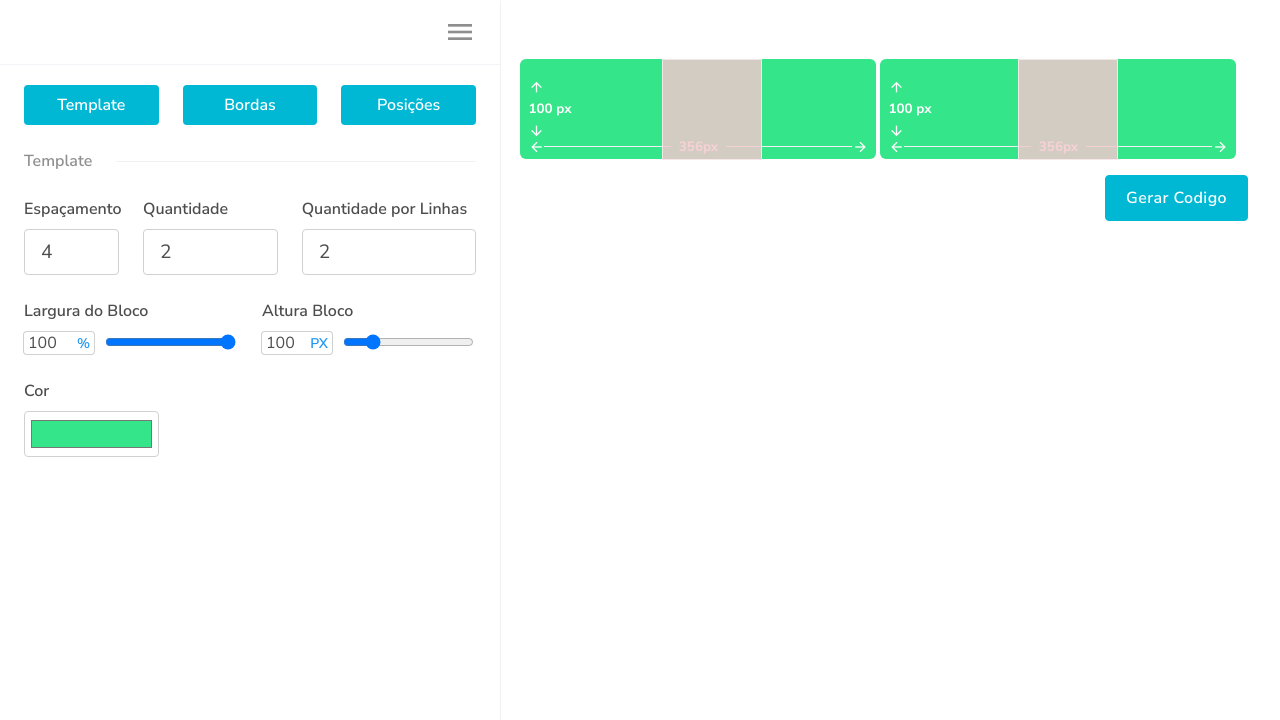
Repository: Flintdl/lowcode-elements
Page: /
These files come from the project's save history. The page is drawn as it stood at one moment and after the next save; the edit follows.
The browser window is 1280 px wide. The pictures show the whole page.
The project was rebuilt for these pictures with package versions that can differ from the ones it lists, and the page was loaded fresh each time. Also part of the build but not shown: vue.config.js.

Above is the page before, as saved 2022-04-06 15:35:17.

### src/assets/scss/_variables.scss
// Primarys Colors
$standardTextColor: #4d4d4d;

$primaryColor: #8e6dff;
$secondaryColor: #009997;
$buttonDisableColor: #9c9c9c;
$buttonDisableBgColor: #7676764d;

// Menu Colors

$bgMenuColor: #1d1d1d;
$linkMenuColor: #7b8089;
$iconMenuColor: #2a2a2a;
$borderMenuColor: #323232;

// Botão Colors

$btnPrimary: #00b8d4;
$btnPrimaryHover: #0085b0;

// Generics Colors

$whiteColor: #ffffff;
$mutedColor: #8f8f8f;
$cardColor: #f3f4f7;
$cardColorLight: #f9fafc;
$cardColorLightTwo: #f1f5fc;
$greyLight: #d1d1d1;

// Dropdown Colors

$dropdownHeaderColor: #5f5f5f;
$dropdownColor: #ebffff;

// State Colors

$successColor: #3dc661;
$dangerColor: #e7515a;
$warningColor: #e2a03f;
$infoColor: #2196f3;
$defaultColor: #172b4d;
$lightColor: #e0e0e0;

### src/views/HomeView.vue
<template>
  <div>
    <div class="sf-row">
      <div
        id="sf-preview-code-content"
        class="sf-col-12 sf-mx-auto sf-position-relative"
      >
        <div id="sf-preview-code" ref="previewGrid">
          <div class="sf-row">
            <div
              :class="[
                'sf-col-12 sf-text-center sf-display-flex sf-flex-wrap',
                'sf-justify-content-' + checkValue,
              ]"
            >
              <span
                v-bind:key="linha"
                :style="widthProps1"
                class="sf-display-block sf-position-relative"
                v-for="linha of Number(quantidadeLinha)"
              >
                <div :style="widthProps" class="sf-position-absolute"></div>
              </span>
            </div>
          </div>
          <div
            :style="gapProps"
            :class="[
              'sf-display-flex sf-flex-wrap sf-width-100',
              'sf-justify-content-' + checkValue,
            ]"
          >
            <div
              v-bind:key="n + '_'"
              v-for="n of quantidadeLinha"
              class="sf-row"
            >
              a
            </div>

            <DivGrid
              v-bind:key="n"
              v-for="n of quantidade"
              :tamanho="String(valor)"
              :altura="String(valorHeight)"
              :cssDefinido="cssProps"
              class="sf-position-relative"
            />
          </div>
        </div>
      </div>
      <div class="sf-col-12 sf-mt-3 sf-display-flex sf-justify-content-end">
        <button class="sf-btn sf-btn-primary" @click="gerarCodigo">
          Gerar Codigo
        </button>
      </div>
    </div>
    <div class="sf-row" v-if="htmlPreviewCode">
      <div class="sf-col-12 sf-mx-auto sf-mt-5 sf-code-content">
        <div class="sf-bg-code sf-p-4 sf-border-radius">
          <code>
            <span class="sf-text-info">Código do Preview</span> <br />
            {{ htmlPreviewCode }}
          </code>
        </div>
      </div>
    </div>
  </div>
</template>

<script>
// @ is an alias to /src

import DivGrid from "@/components/templates/DivGrid.vue";

export default {
  name: "HomeView",
  data: function () {
    return {
      htmlPreviewCode: null,
      gridLinhas: null,
      arroz: null,
    };
  },
  components: {
    DivGrid,
  },
  props: {
    valor: String,
    inputGap: String,
    quantidade: Number,
    valorHeight: String,
    quantidadeLinha: Number,
    inputBorderRadius: String,
    checkValue: String,
    inputColor: String,
    inputBorder: String,
    inputBorderColor: String,
    inputBorderTipo: String,
  },
  computed: {
    cssProps() {
      return {
        flex: `${this.quantidade} 1 0%`,
        "align-self": `${this.checkValue}`,
        "max-width": `calc((${this.valor}% - ${this.inputGap}px * ${
          this.quantidadeLinha - "1"
        }) / ${this.quantidadeLinha})`,
        height: this.valorHeight + "px",
        "border-radius": this.inputBorderRadius + "px",
        "background-color": this.inputColor,
        border:
          this.inputBorder +
          "px" +
          " " +
          this.inputBorderTipo +
          " " +
          this.inputBorderColor,
      };
    },
    gapProps() {
      return {
        gap: this.inputGap + "px",
      };
    },
    widthProps1() {
      return {
        width: `calc((${this.valor}% - ${this.inputGap}px * ${
          this.quantidadeLinha - "1"
        }) / ${this.quantidadeLinha})`,
      };
    },
    widthProps() {
      return {
        height: this.arroz + "px",
        width: "clamp(50px, 50%, 100px)",
        "background-color": "#f7c7cfd1",
        border: "1px solid #f9edefd1",
        transform: "translateX(-50%)",
        "z-index": "500",
        left: "50%",
        top: "1px",
      };
    },
  },
  mounted() {
    this.arroz = this.$refs.previewGrid?.offsetHeight;
  },
  // created() {
  //   this.$watch(["quantidade"], () => {
  //     this.arroz = this.$refs.previewGrid?.offsetHeight;
  //   });
  // },
  methods: {
    gerarCodigo() {
      this.htmlPreviewCode =
        document.getElementById("sf-preview-code").innerHTML;
    },
  },
};
</script>

<style>
#sf-grid-template:after {
  content: "";
  width: 100%;
  height: 150%;
  top: -25%;
  background-color: #ff008c0a;
  border: 1px solid rgba(255, 0, 140, 0.103);
  border-left: 2px solid #ff008c38;
  border-right: 2px solid #ff008c38;
  position: absolute;
}
</style>

### src/components/templates/InputGapTemplate.vue
<template>
  <div class="sf-col-3 sf-form-group">
    <label class="sf-label">Espaçamento</label>
    <input
      type="number"
      min="1"
      max="12"
      value="2"
      id="inputGap"
      v-model="valor"
      class="filter-states sf-text-capitalize"
      placeholder="Quantidade de Blocos"
    />
  </div>
</template>

<script>
export default {
  props: {
    valorInput: String,
  },
  computed: {
    valor: {
      get() {
        var inp = this.valorInput;
        return inp;
      },
      set(valorInput) {
        this.$emit("callback", valorInput);
      },
    },
  },
};
</script>

<style></style>

### src/components/templates/InputQuantidadeTemplate.vue
<template>
  <div class="sf-col-4 sf-form-group">
    <label class="sf-label">Quantidade</label>
    <input
      type="number"
      value="1"
      id="inputQuantidade"
      v-model="valor"
      class="filter-states sf-text-capitalize"
      placeholder="Quantidade de Blocos"
    />
  </div>
</template>

<script>
export default {
  props: {
    valorInput: String,
  },
  computed: {
    valor: {
      get() {
        var inp = this.valorInput;
        return inp;
      },
      set(valorInput) {
        this.$emit("callback", valorInput);
      },
    },
  },
};
</script>

<style></style>

### src/components/templates/InputQuantLinhasTemplate.vue
<template>
  <div class="sf-col-5 sf-form-group">
    <label class="sf-label">Quantidade por Linhas</label>
    <input
      type="number"
      min="1"
      max="12"
      value="1"
      id="inputQuantidadeLinha"
      v-model="valor"
      class="filter-states sf-text-capitalize"
      placeholder="Quantidade Linha"
    />
  </div>
</template>

<script>
export default {
  props: {
    valorInput: String,
  },
  computed: {
    valor: {
      get() {
        var inp = this.valorInput;
        return inp;
      },
      set(valorInput) {
        this.$emit("callback", valorInput);
      },
    },
  },
};
</script>

<style></style>

### src/components/templates/InputLarguraBloco.vue
<template>
  <div class="sf-col-6 sf-form-group">
    <label class="sf-label">Largura do Bloco</label>
    <div class="sf-input-group">
      <div
        class="sf-input-group-append sf-display-flex sf-justify-content-center"
      >
        <div
          class="sf-display-flex sf-align-items-center sf-justify-content-center sf-border-left-0 sf-border-radius sf-border-radius-left-0 sf-pr-2 sf-text-info sf-font-weight-bold sf-min-80-px"
        >
          <div class="sf-input-group">
            <input
              type="number"
              value="1"
              min="1"
              max="100"
              v-model="valor"
              class="sf-text-md sf-height-fit-content sf-pr-0 sf-pl-1 sf-border-right-0 sf-border-radius-right-0 sf-text-capitalize"
              placeholder="Curva da Borda"
            />
            <div
              class="sf-input-group-append sf-display-flex sf-justify-content-center"
            >
              <div
                class="sf-display-flex sf-align-items-center sf-border sf-justify-content-center sf-border-left-0 sf-border-radius sf-border-radius-left-0 sf-pr-1 sf-text-info sf-font-weight-bold sf-text-sm"
              >
                %
              </div>
            </div>
          </div>
        </div>
      </div>
      <input
        type="range"
        min="10"
        max="100"
        value="10"
        id="inputRange"
        v-model="valor"
        class="sf-px-0 sf-border-right-0 sf-border-radius-right-0 sf-text-capitalize"
      />
    </div>
  </div>
</template>

<script>
export default {
  props: {
    valorInput: String,
  },
  computed: {
    valor: {
      get() {
        var inp = this.valorInput;
        return inp;
      },
      set(valorInput) {
        this.$emit("callback", valorInput);
      },
    },
  },
};
</script>

<style></style>

### src/components/templates/InputAlturaBloco.vue
<template>
  <div class="sf-col-6 sf-form-group">
    <label class="sf-label">Altura Bloco</label>
    <div class="sf-input-group">
      <div
        class="sf-input-group-append sf-display-flex sf-justify-content-center"
      >
        <div
          class="sf-display-flex sf-align-items-center sf-justify-content-center sf-border-left-0 sf-border-radius sf-border-radius-left-0 sf-pr-2 sf-text-info sf-font-weight-bold sf-min-80-px"
        >
          <div class="sf-input-group">
            <input
              type="number"
              value="1"
              min="1"
              max="500"
              v-model="valor"
              class="sf-text-md sf-height-fit-content sf-pr-0 sf-pl-1 sf-border-right-0 sf-border-radius-right-0 sf-text-capitalize"
              placeholder="Curva da Borda"
            />
            <div
              class="sf-input-group-append sf-display-flex sf-justify-content-center"
            >
              <div
                class="sf-display-flex sf-align-items-center sf-border sf-justify-content-center sf-border-left-0 sf-border-radius sf-border-radius-left-0 sf-pr-1 sf-text-info sf-font-weight-bold sf-text-sm"
              >
                PX
              </div>
            </div>
          </div>
        </div>
      </div>
      <input
        type="range"
        min="10"
        max="500"
        id="valorHeight"
        v-model="valor"
        class="sf-px-0 sf-border-right-0 sf-border-radius-right-0 sf-text-capitalize"
      />
    </div>
  </div>
</template>

<script>
export default {
  props: {
    valorInput: String,
  },
  computed: {
    valor: {
      get() {
        var inp = this.valorInput;
        return inp;
      },
      set(valorInput) {
        this.$emit("callback", valorInput);
      },
    },
  },
};
</script>

<style></style>

### src/components/templates/InputBorderRadiusBloco.vue
<template>
  <div class="sf-col-6 sf-form-group">
    <label class="sf-label">Curva da Borda</label>
    <div class="sf-input-group">
      <div
        class="sf-input-group-append sf-display-flex sf-justify-content-center"
      >
        <div
          class="sf-display-flex sf-align-items-center sf-justify-content-center sf-border-left-0 sf-border-radius sf-border-radius-left-0 sf-pr-2 sf-text-info sf-font-weight-bold sf-min-80-px"
        >
          <div class="sf-input-group">
            <input
              type="number"
              value="1"
              min="1"
              max="50"
              v-model="valor"
              class="sf-text-md sf-height-fit-content sf-pr-0 sf-pl-1 sf-border-right-0 sf-border-radius-right-0 sf-text-capitalize"
              placeholder="Curva da Borda"
            />
            <div
              class="sf-input-group-append sf-display-flex sf-justify-content-center"
            >
              <div
                class="sf-display-flex sf-align-items-center sf-border sf-justify-content-center sf-border-left-0 sf-border-radius sf-border-radius-left-0 sf-pr-1 sf-text-info sf-font-weight-bold sf-text-sm"
              >
                PX
              </div>
            </div>
          </div>
        </div>
      </div>
      <input
        type="range"
        value="1"
        min="1"
        max="50"
        id="inputBorderRadius"
        v-model="valor"
        class="sf-px-0 sf-border-right-0 sf-border-radius-right-0 sf-text-capitalize"
        placeholder="Curva da Borda"
      />
    </div>
  </div>
</template>

<script>
export default {
  props: {
    valorInput: String,
  },
  computed: {
    valor: {
      get() {
        var inp = this.valorInput;
        return inp;
      },
      set(valorInput) {
        this.$emit("callback", valorInput);
      },
    },
  },
};
</script>

<style></style>

### src/components/templates/InputBorderBloco.vue
<template>
  <div class="sf-col-6 sf-form-group">
    <label class="sf-label">Tamanho da Borda</label>
    <div class="sf-input-group">
      <div
        class="sf-input-group-append sf-display-flex sf-justify-content-center"
      >
        <div
          class="sf-display-flex sf-align-items-center sf-justify-content-center sf-border-left-0 sf-border-radius sf-border-radius-left-0 sf-pr-2 sf-text-info sf-font-weight-bold sf-min-80-px"
        >
          <div class="sf-input-group">
            <input
              type="number"
              value="1"
              min="1"
              max="50"
              v-model="valor"
              class="sf-text-md sf-height-fit-content sf-pr-0 sf-pl-1 sf-border-right-0 sf-border-radius-right-0 sf-text-capitalize"
              placeholder="Curva da Borda"
            />
            <div
              class="sf-input-group-append sf-display-flex sf-justify-content-center"
            >
              <div
                class="sf-display-flex sf-align-items-center sf-border sf-justify-content-center sf-border-left-0 sf-border-radius sf-border-radius-left-0 sf-pr-1 sf-text-info sf-font-weight-bold sf-text-sm"
              >
                PX
              </div>
            </div>
          </div>
        </div>
      </div>
      <input
        type="range"
        value="1"
        min="0"
        max="24"
        id="inputBorder"
        v-model="valor"
        class="sf-px-0 sf-border-right-0 sf-border-radius-right-0 sf-text-capitalize"
        placeholder="Curva da Borda"
      />
    </div>
  </div>
</template>

<script>
export default {
  props: {
    valorInput: String,
  },
  computed: {
    valor: {
      get() {
        var inp = this.valorInput;
        return inp;
      },
      set(valorInput) {
        this.$emit("callback", valorInput);
      },
    },
  },
};
</script>

<style></style>

### src/components/templates/InputPosicaoBloco.vue
<template>
  <div class="sf-row">
    <div class="sf-col-12 sf-form-group">
      <span
        class="sf-text-md sf-font-weight-bold sf-text-muted sf-display-flex sf-align-items-center"
      >
        Posições
        <hr class="sf-width-100 sf-ml-4" />
      </span>
    </div>
    <div class="sf-col-auto sf-form-group">
      <input
        id="start"
        type="radio"
        name="positionDivs"
        v-model="valor"
        value="start"
        checked
      />
      <label for="start"> Esquerda</label>
    </div>

    <div class="sf-col-auto sf-form-group">
      <input
        type="radio"
        id="center"
        name="positionDivs"
        v-model="valor"
        value="center"
      />
      <label for="center"> Centro</label>
    </div>

    <div class="sf-col-auto sf-form-group">
      <input
        type="radio"
        id="end"
        name="positionDivs"
        v-model="valor"
        value="end"
      />
      <label for="end"> Final</label>
    </div>
    <div class="sf-col-auto sf-form-group">
      <input
        type="radio"
        id="between"
        name="positionDivs"
        v-model="valor"
        value="between"
      />
      <label for="between"> Laterais</label>
    </div>
    <div class="sf-col-auto sf-form-group">
      <input
        type="radio"
        id="around"
        name="positionDivs"
        v-model="valor"
        value="around"
      />
      <label for="around"> Meio</label>
    </div>
  </div>
</template>

<script>
export default {
  props: {
    valorInput: String,
  },
  computed: {
    valor: {
      get() {
        var inp = this.valorInput;
        return inp;
      },
      set(valorInput) {
        this.$emit("callback", valorInput);
      },
    },
  },
};
</script>

<style></style>

### src/components/templates/InputBorderCorBloco.vue
<template>
  <div class="sf-col sf-form-group">
    <label class="sf-label">Cor</label>
    <input
      type="color"
      id="inputBorderColor"
      v-model="valor"
      class="sf-p-1 sf-text-capitalize"
      placeholder="Quantidade de Blocos"
    />
  </div>
</template>

<script>
export default {
  props: {
    valorInput: String,
  },
  computed: {
    valor: {
      get() {
        var inp = this.valorInput;
        return inp;
      },
      set(valorInput) {
        this.$emit("callback", valorInput);
      },
    },
  },
};
</script>

<style></style>

### src/components/templates/InputBorderTipoBloco.vue
<template>
  <div class="sf-col-10 sf-form-group">
    <label class="sf-label">Tipo de Borda</label>
    <select
      id="inputBorderTipo"
      v-model="control"
      :items="items"
      @change="onSelectType"
      class="sf-text-capitalize"
    >
      <option
        v-bind:key="item.value"
        :value="item.value"
        :disabled="!item.value"
        v-for="item of items"
      >
        {{ item.label }}
      </option>
    </select>
  </div>
</template>

<script>
export default {
  props: {
    valorInput: String,
  },
  data: () => {
    return {
      items: [
        { label: "Solid", value: "solid" },
        { label: "Dashed", value: "dashed" },
      ],
    };
  },
  computed: {
    control: {
      get() {
        return this.valorInput;
      },
      set(valorInput) {
        this.$emit("callback", valorInput);
      },
    },
  },
  methods: {
    onSelectType(event) {
      this.$emit("change", event);
    },
  },
};
</script>

<style></style>

### src/components/templates/DivGrid.vue
<template>
  <div
    class="sf-position-relative sf-overflow-hidden"
    :style="cssDefinido"
    ref="container"
  >
    <div
      class="sf-height-position sf-position-absolute sf-display-flex sf-flex-column sf-px-2"
    >
      <i
        class="mdi mdi-arrow-up sf-text-md sf-text-white sf-dropdown-action"
      ></i>
      <span class="sf-text-white sf-font-weight-extra-bold sf-text-center">
        {{ altura }}
        px
      </span>
      <i
        class="mdi mdi-arrow-down sf-text-md sf-text-white sf-dropdown-action"
      ></i>
    </div>
    <div
      class="sf-width-position sf-width-100 sf-position-absolute sf-display-flex sf-align-items-center sf-px-2"
    >
      <i
        class="mdi mdi-arrow-left sf-text-md sf-text-white sf-dropdown-action"
      ></i>
      <hr class="sf-width-100 sf-mr-2" />
      <span class="sf-text-white sf-font-weight-extra-bold sf-text-center">
        {{ larguraPixel }}px
      </span>
      <hr class="sf-width-100 sf-ml-2" />
      <i
        class="mdi mdi-arrow-right sf-text-md sf-text-white sf-dropdown-action"
      ></i>
    </div>
  </div>
</template>

<script>
export default {
  data() {
    return {
      larguraPixel: null,
    };
  },
  mounted() {
    this.larguraPixel = this.$refs.container?.offsetWidth;
  },

  props: {
    cssDefinido: Object,
    tamanho: String,
    altura: String,
  },
  created() {
    this.$watch("tamanho", () => {
      this.larguraPixel = this.$refs.container?.offsetWidth;
    });
  },
};
</script>

<style lang="scss" scoped>
.sf-height-position,
.sf-width-position {
  font-size: 1.4ch;
}
.sf-height-position {
  transform: translateY(-50%);
  left: 0;
  top: 50%;
}
.sf-width-position {
  transform: translateX(-50%);
  bottom: 0;
  left: 50%;
}
</style>

Loaded but not shown: public/index.html (common file); src/main.js (common file); src/App.vue (common file); src/registerServiceWorker.js (common file); src/router/index.js (common file); src/assets/scss/materialdesignicons.scss (9 lines, source omitted); src/assets/scss/style.scss (4102 lines, source omitted); src/components/Menu/MenuTemplate.vue (297 lines, source omitted); src/assets/scss/menu.scss (402 lines, source omitted); src/assets/scss/standard.scss (381 lines, source omitted)

After the next save:
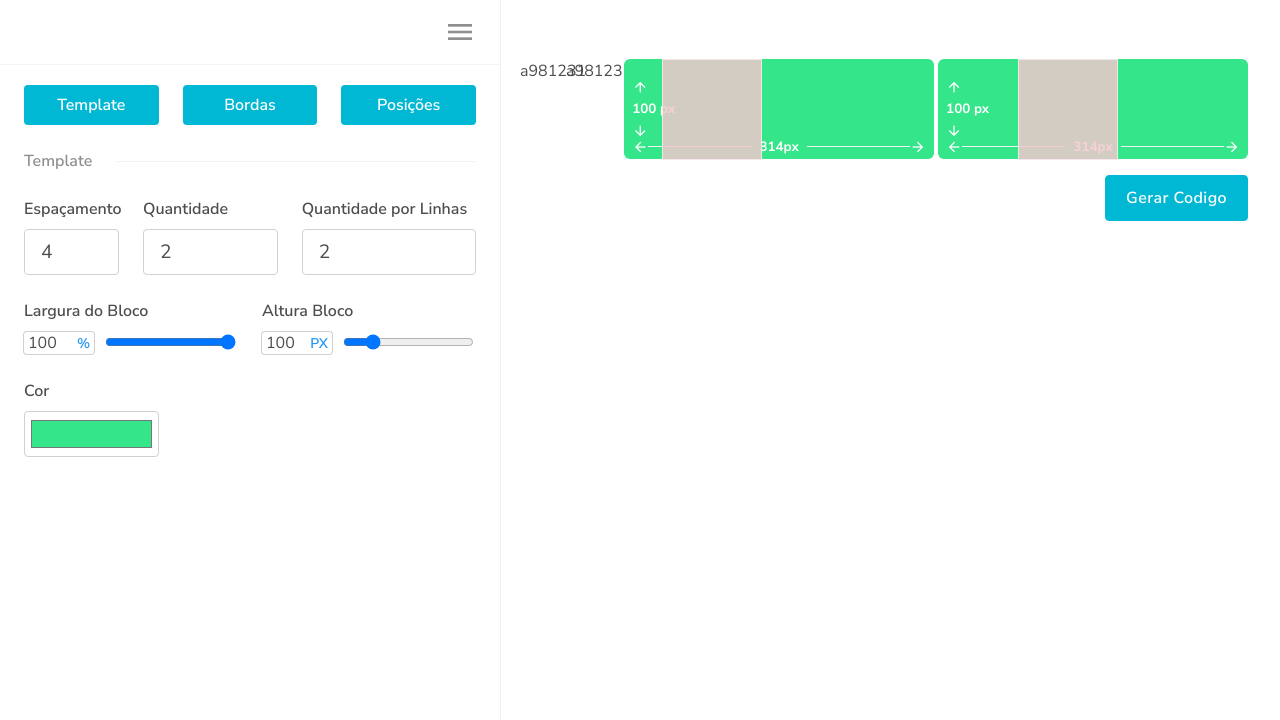
Saved 21 s later.
--- a/src/views/HomeView.vue
+++ b/src/views/HomeView.vue
@@ -35,7 +35,7 @@
               v-for="n of quantidadeLinha"
               class="sf-row"
             >
-              a
+              a981231
             </div>
 
             <DivGrid
